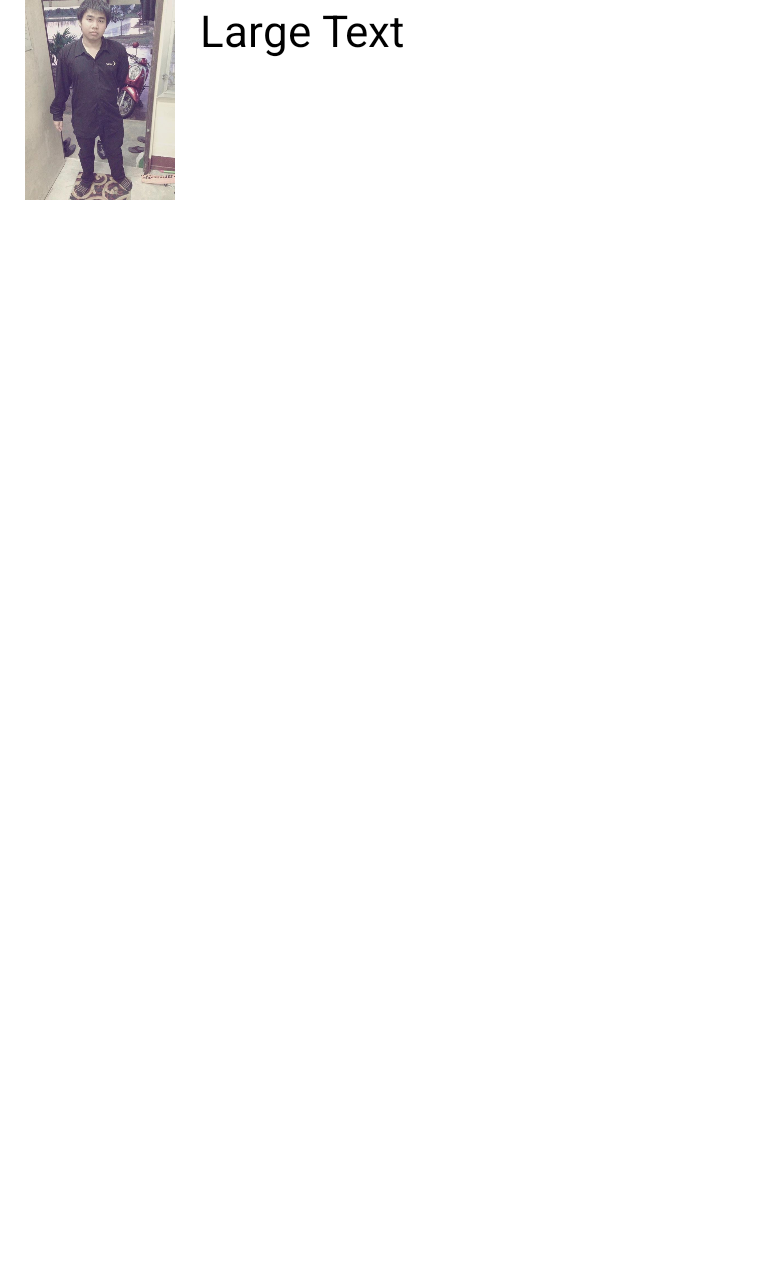
Repository: PanumartThamkawin/Resuma_55410657
Layout: Panu657/res/layout/activity_main.xml
The author's editor kept a copy of each file at every save. The layout is drawn from the files as they stood at one save, then again after the next save.
It is drawn on a 768 x 1280 px phone screen (xhdpi) without system bars, with theme AppTheme; the app's code is not run.

Above is the layout before, as saved 2014-09-01 05:22:30.

### Panu657/res/layout/activity_main.xml
<RelativeLayout xmlns:android="http://schemas.android.com/apk/res/android"
    xmlns:tools="http://schemas.android.com/tools"
    android:layout_width="match_parent"
    android:layout_height="match_parent"
    android:layout_marginLeft="5dp"
    tools:context="${relativePackage}.${activityClass}" >

    <LinearLayout
        android:id="@+id/linearLayout1"
        android:layout_width="100dp"
        android:layout_height="100dp" >

        <ImageView
            android:id="@+id/imageView1"
            android:layout_width="wrap_content"
            android:layout_height="wrap_content"
            android:src="@drawable/jame" />
    </LinearLayout>

    <TextView
        android:id="@+id/textView1"
        android:layout_width="wrap_content"
        android:layout_height="wrap_content"
        android:layout_alignParentTop="true"
        android:layout_toRightOf="@+id/linearLayout1"
        android:text="Large Text"
        android:textAppearance="?android:attr/textAppearanceLarge" />

    <LinearLayout
        android:layout_width="wrap_content"
        android:layout_height="wrap_content"
        android:layout_alignParentRight="true"
        android:layout_below="@id/textView1" >

    </LinearLayout>

</RelativeLayout>

Loaded but not shown: Panu657/res/values/styles.xml (common file); Panu657/res/values-v11/styles.xml (common file); Panu657/res/values-v14/styles.xml (common file)

After the next save:
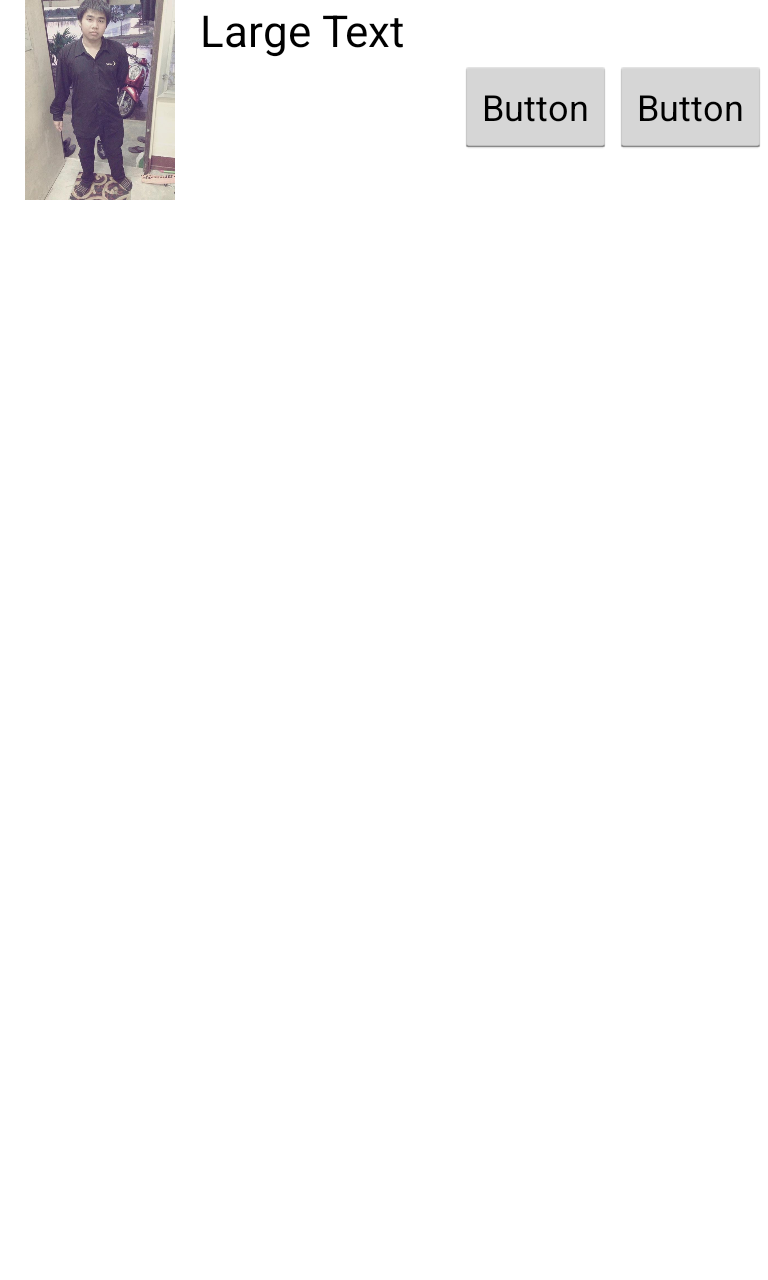
Saved 40 s later.
--- a/Panu657/res/layout/activity_main.xml
+++ b/Panu657/res/layout/activity_main.xml
@@ -32,6 +32,18 @@
         android:layout_alignParentRight="true"
         android:layout_below="@id/textView1" >
 
+        <Button
+            android:id="@+id/button1"
+            android:layout_width="wrap_content"
+            android:layout_height="wrap_content"
+            android:text="Button" />
+
+        <Button
+            android:id="@+id/button2"
+            android:layout_width="wrap_content"
+            android:layout_height="wrap_content"
+            android:text="Button" />
+
     </LinearLayout>
 
 </RelativeLayout>
